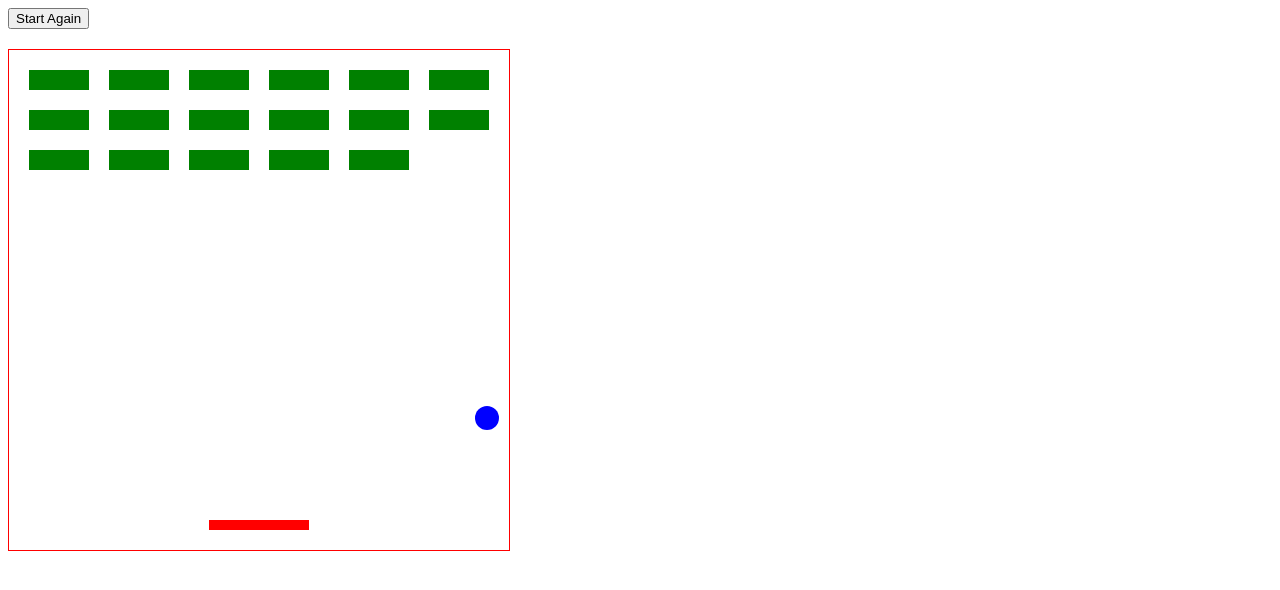
Repository: huynhsang96/CaseJS
Page: Demo_case/index.html
An editor plug-in stored every save of this project. The page is shown before and after the next save, followed by the edit.
The browser window is 1280 px wide. The pictures show the whole page.

Above is the page before, as saved 2022-02-16 20:09:29.

After the next save:
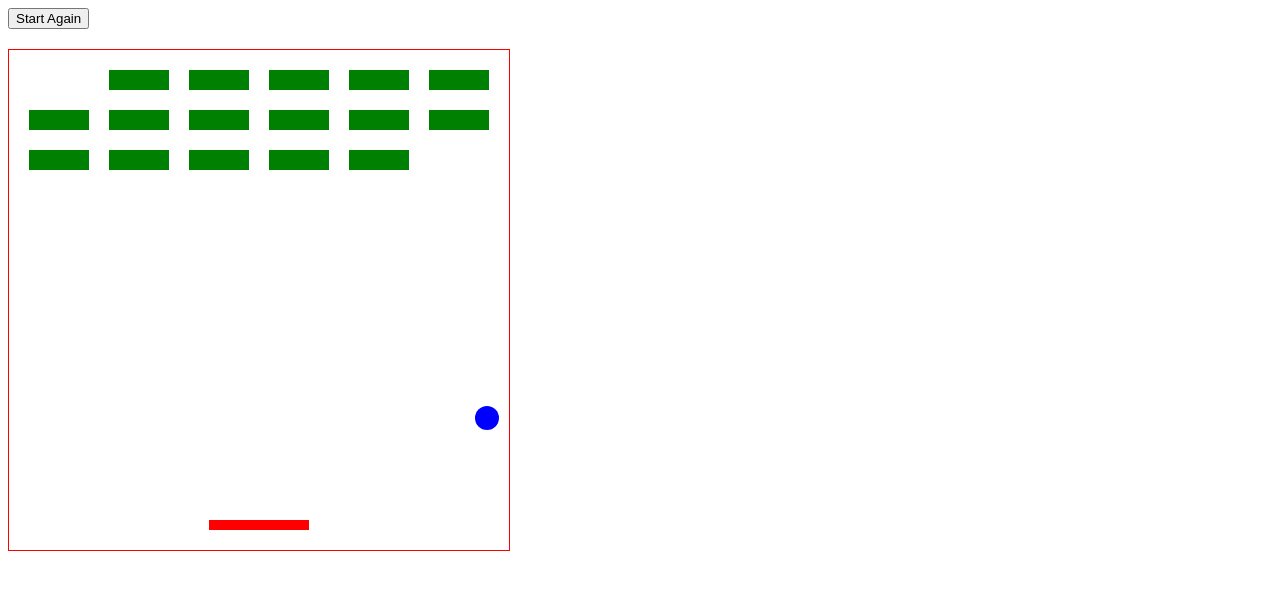
Saved 3 min 32 s later.
--- a/Demo_case/main.js
+++ b/Demo_case/main.js
@@ -149,7 +149,9 @@
 let isGameOver = false;
 
 // xử lý thắng Game
-
+brickList.every(element =>{
+    element.isBroken = true;
+})
 
 function behavior(){
     if(!isGameOver){

After the save that followed:
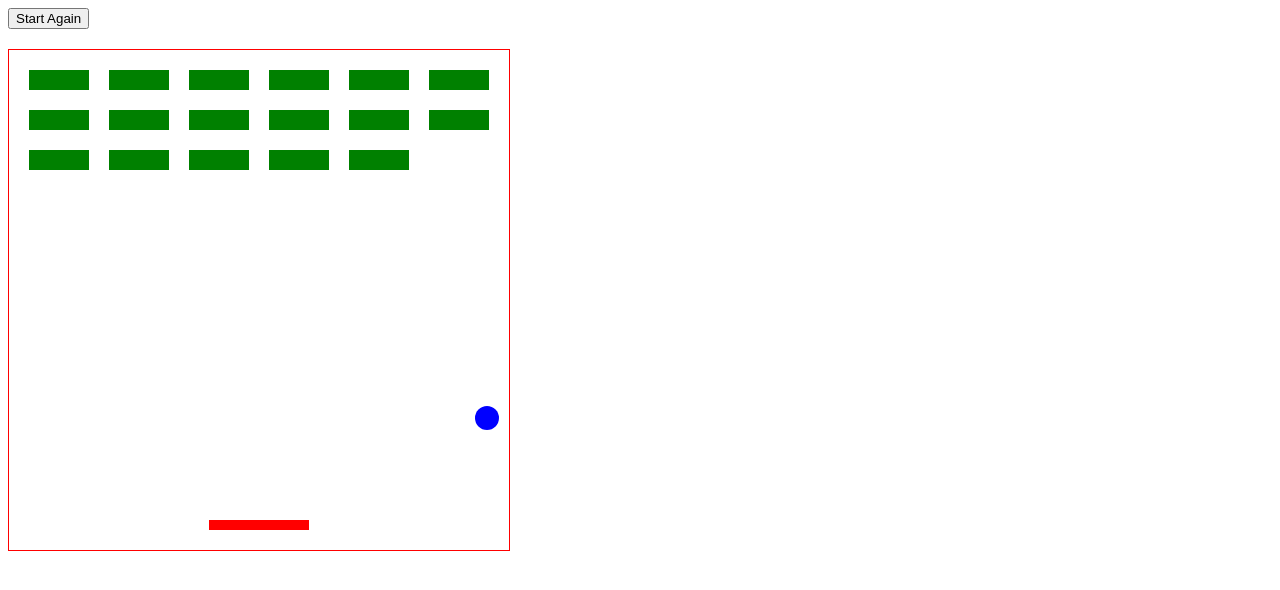
Saved 55 s later.
--- a/Demo_case/main.js
+++ b/Demo_case/main.js
@@ -150,7 +150,9 @@
 
 // xử lý thắng Game
 brickList.every(element =>{
-    element.isBroken = true;
+    if(element.isBroken){
+
+    }
 })
 
 function behavior(){
